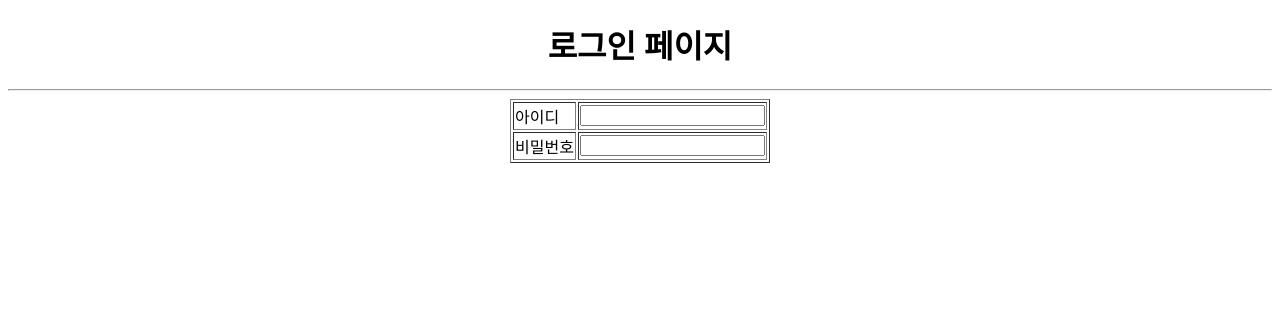
Repository: gunvv00/jsp
Page: http://localhost/DBtest/회원가입DB사용/Login.jsp
These files come from the project's save history. The page is drawn as it stood at one moment and after the next save; the edit follows.
The browser window is 1280 px wide. The pictures show the whole page.
The page is served by Tomcat 9.

Above is the page before, as saved 2020-04-24 01:08:04.

### DBtest/WebContent/회원가입DB사용/Login.jsp
<%@ page language="java" contentType="text/html; charset=UTF-8"
    pageEncoding="UTF-8"%>
<%request.setCharacterEncoding("UTF-8"); %>
<!DOCTYPE html>
<html>
<head>
<meta charset="UTF-8">
<title>Insert title here</title>
</head>
<body>
<h1 align="center">로그인 페이지</h1>
<hr>

<div align="center">
<table border="1">

	<tr>
		<td>아이디</td>
		<td><input type="text" name = "id"></td>
	</tr>
		<td>비밀번호</td>
		<td><input type="password" name = "password"></td>

</table>
</div>

</body>
</html>

After the next save:
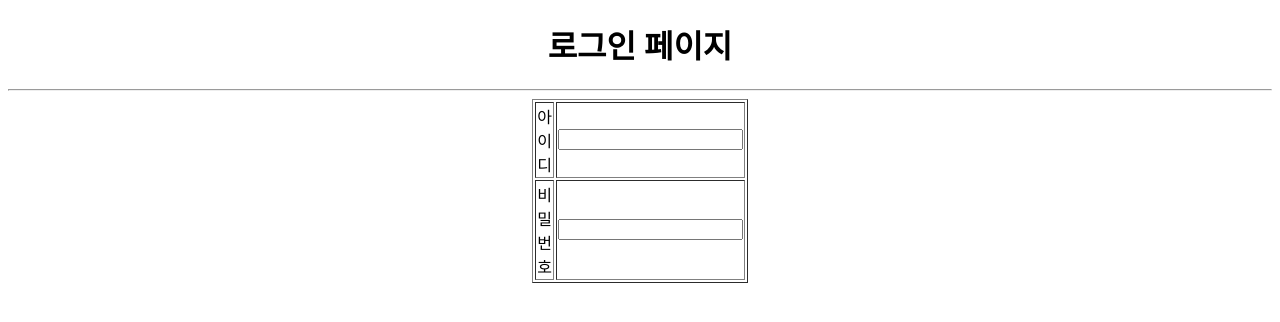
Saved 36 s later.
--- a/DBtest/WebContent/회원가입DB사용/Login.jsp
+++ b/DBtest/WebContent/회원가입DB사용/Login.jsp
@@ -15,8 +15,8 @@
 <table border="1">
 
 	<tr>
-		<td>아이디</td>
-		<td><input type="text" name = "id"></td>
+		<td width="10">아이디</td>
+		<td width="10"><input type="text" name = "id"></td>
 	</tr>
 		<td>비밀번호</td>
 		<td><input type="password" name = "password"></td>
